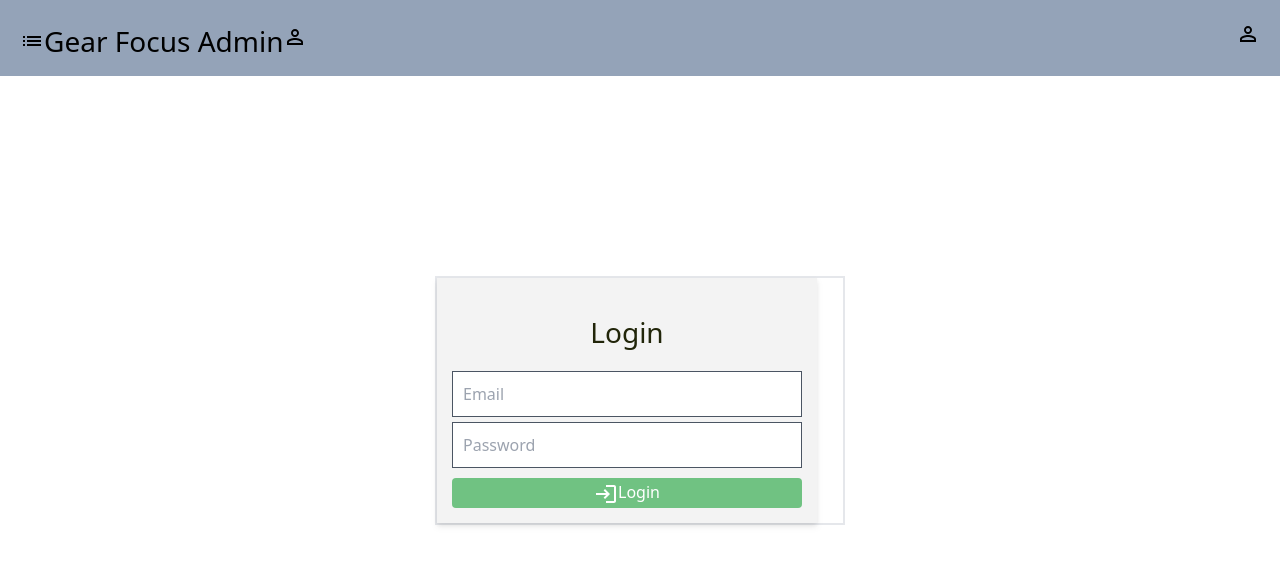
Repository: Kiendz3202/projectFinalPGS
Page: /home
The author's editor kept a copy of each file at every save. The page is drawn from the files as they stood at one save, then again after the next save.
The browser window is 1280 px wide. The pictures show the whole page.
The project was rebuilt for these pictures with package versions that can differ from the ones it lists, and the page was loaded fresh each time. Also part of the build but not shown: src/App.css, src/pages/HomePage.tsx.

Above is the page before, as saved 2022-03-07 22:31:57.

### src/index.tsx
import React from 'react';
import ReactDOM from 'react-dom';
import './index.css';
import App from './App';
import { BrowserRouter} from 'react-router-dom'

ReactDOM.render(
  <BrowserRouter>
    <App />
  </BrowserRouter>,
  document.getElementById('root')
);

### src/App.tsx
import React, { Fragment } from 'react';
import logo from './logo.svg';
import './App.css';
import LoginPage from './pages/LoginPage';
import Router from './Router';
import Header from './components/header/Header';

function App() {
  return (
    <Fragment>
    <Header />
    <Router />
    </Fragment>
  );
}

export default App;

### src/Router.tsx
import React, { lazy } from 'react';
import { Route, Routes,BrowserRouter,Navigate } from 'react-router-dom';
import {ROUTES} from './config/Routes'
import ProtectedRoute from './ProtectedRoute';
import { Suspense } from 'react';


const HomePage = lazy(() => import('./pages/HomePage'));
const LoginPage = lazy(() => import('./pages/LoginPage'));

interface Props {}

const Router = (props: Props) => {

  return (
    <Suspense fallback={<div>Loading.....</div>}>
      <Routes>
        <Route path={ROUTES.login} element={<LoginPage />} />
        <Route path={ROUTES.home} element={<ProtectedRoute />} />
        <Route path="/" element={<Navigate to={ROUTES.login} />} />
      </Routes>
    </Suspense>
  );
};

export default Router

### src/components/header/Header.tsx
import React from 'react'
import ListIcon from '@mui/icons-material/List';
import NotificationsNoneIcon from '@mui/icons-material/NotificationsNone';
import PersonOutlineIcon from '@mui/icons-material/PersonOutline';

function Header() {
  return (
    <div className='w-full p-[20px] bg-slate-400'>
        <div className='w-full flex justify-between h-[36px] '>
        <div>
            <ul className='flex'>
                <li className='text-[24px]'><ListIcon /></li>
                <li className='text-[28px]'>Gear Focus Admin</li>
                <li className='text-[20px]'><PersonOutlineIcon /></li>
            </ul>
        </div>
        <div>
            <PersonOutlineIcon />
        </div>
        </div>
    </div>
  )
}

export default Header

### src/config/Routes.tsx
export const ROUTES = {
    home:'/home',
    login:'/login'
}

### src/ProtectedRoute.tsx
import React from 'react'
import { Navigate, Route,RouteProps } from 'react-router-dom'
// import {Redirect} from 'react-router-dom'
import {ROUTES} from './config/Routes'
import HomePage from './pages/HomePage'


interface Props extends RouteProps {}

function ProtectedRoute(props: Props) {
  const {...rest} = props
  const auth = sessionStorage.getItem('statusText')
  if(auth == 'OK'){
    return <HomePage />
  }
  return (
    <Navigate to={ROUTES.login} />
  )
}

export default ProtectedRoute

// import React from 'react';
// import { Redirect, Route, RouteProps } from 'react-router-dom';
// import { ROUTES } from '../../../configs/routes';
// import Cookies from 'js-cookie';
// import { ACCESS_TOKEN_KEY } from '../../../utils/constants';
// import { RouteSharp } from '@mui/icons-material';

// interface Props extends RouteProps {}

// const ProtectedRoute = (props: Props) => {
//   const { ...rest } = props;
//   const auth = Cookies.get(ACCESS_TOKEN_KEY);

//   if (auth) {
//     return <Route {...rest} />;
//   }

//   return (
//     <Redirect
//       to={{
//         pathname: ROUTES.login,
//       }}
//     />
//   );
// };

// export default ProtectedRoute;

### src/pages/LoginPage.tsx
import React,{useState} from 'react'
import { useNavigate } from 'react-router-dom';
import { ILoginValidation } from '../components/auth/auth'
import Login from '../components/auth/Login'


function LoginPage() {
    const [loading, setLoading] = useState(false);
    const [errorMessage, setErrorMessage] = useState('');
    const navigate = useNavigate()
    const onLogin = async (value:ILoginValidation) =>{
      try{
        const response = await fetch('https://api.gearfocus.div4.pgtest.co/api/authentication/login',{
        method:'POST',
        headers:{
          'Content-Type': 'application/json'
        },
        body:JSON.stringify({
          email:value.email,
          password:value.password
        })
      })
      if(!response){
        throw new Error('something wrong')
        return;
      }
      // console.log(response)
        sessionStorage.setItem("statusText",response.statusText)
        navigate('/home')
      }catch(errorMessage){
        console.warn(errorMessage)
      }
    }

    return (
        <Login onLogin={onLogin} loading={loading} errorMessage={errorMessage} />
    )
}

export default LoginPage

### src/components/auth/Login.tsx
import React, { useState } from 'react'
import LoginIcon from '@mui/icons-material/Login';
import { ILoginValidation } from './auth';
import ValidateLoginForm from './ValidateLoginForm';

interface Props{
    onLogin(value:ILoginValidation):void;
    loading:boolean;
    errorMessage:string
}

const InvalidEmailWarn = () => {
    return <p>InValid email address</p>
}
const InvalidPasswordWarn = () => {
    return <p>Invalid password. Password must be at least 6 characters long, and capital letter at the beginning.</p>
}

function Login(props:Props) {
    const {onLogin,loading,errorMessage} = props;
    const [formValue,setFormValue] = useState({email:'',password:''})
    const [isValidated,setIsValidated] = useState({email:'',password:''})
    const [email,setEmail] = useState('');
    const [password,setPassword] = useState('');
    // const onSubmit = React.useCallback((e: React.FormEvent<HTMLElement>) =>{
        // e.preventDefault();
        // setIsValidated(ValidateLoginForm(formValue));
        // if(isValidated.email && isValidated.password){
        //     onLogin(formValue);
        // }else{
        //     return;
        // }
        // console.log(isValidated)
            // onLogin(formValue))
    // }
    const valid = (value:ILoginValidation) =>{
        if(value.email === '' && value.password === ''){
            return true
        }else{
            return false
        }
    }
    const onSubmit = React.useCallback(() => {
        setIsValidated(ValidateLoginForm(formValue));
        console.log(ValidateLoginForm(formValue))
        console.log(valid(ValidateLoginForm(formValue)))
        if (!valid(ValidateLoginForm(formValue))) {
            return;
          }

          onLogin(formValue);

      }, [formValue, onLogin]);
    return (
        <div className=' max-w-[410px] w-full m-auto border-2 mt-[200px]'>
            <form  onSubmit={(e) => {
        e.preventDefault();
        onSubmit();
      }} className='flex flex-col w-[380px] p-[15px] bg-[#f3f3f3] drop-shadow-md'>
                <p className=' text-center text-[#212509] text-[28px] my-[18px]'>Login</p>
                <div className=' justify-center mb-[5px] '>
                    <input onChange={(e) => setFormValue({...formValue,email:e.target.value})} value={formValue.email} type="text" className='w-full p-[10px] border border-gray-600 outline-blue-300' placeholder='Email' />
                    {isValidated.email ?? <p>{isValidated.email}</p>}
                </div>
                <div className=' justify-center mb-[10px] '>
                    <input onChange={(e) => setFormValue({...formValue,password:e.target.value})} value={formValue.password} type="password" className='w-full p-[10px] border border-gray-600 outline-blue-300' placeholder='Password' />
                    {isValidated.password ?? <p>{isValidated.password}</p>}
                </div>
                <button className=' bg-[#70c282] h-[30px] rounded text-white font-medium'>
                    <LoginIcon />
                    Login
                </button>
                {errorMessage ?? <p>email or password is wrong!</p>}
            </form>
        </div>
    )
}

export default Login

### src/components/auth/ValidateLoginForm.tsx
import React from 'react'
import { ILoginValidation } from './auth';

export function ValidateEmail(email:string) {
    let isValidated = String(email)
    .toLowerCase()
    .match(
      /^(([^<>()[\]\\.,;:\s@"]+(\.[^<>()[\]\\.,;:\s@"]+)*)|(".+"))@((\[[0-9]{1,3}\.[0-9]{1,3}\.[0-9]{1,3}\.[0-9]{1,3}\])|(([a-zA-Z\-0-9]+\.)+[a-zA-Z]{2,}))$/
    )
    if(isValidated){
        return '';
    }else{
        return 'emailInvalid'
    }
}
export function ValidatePassword(password:string){
    if(password.length >= 6){
        return ''
    }else{
        return 'min length is 6 characters'
    }
}
export default function ValidateLoginForm(formValue:ILoginValidation){
    return {
        email:ValidateEmail(formValue.email),
        password:ValidatePassword(formValue.password)
    }
}

Loaded but not shown: public/index.html (common file); src/index.css (common file); tailwind.config.js (common file)

After the next save:
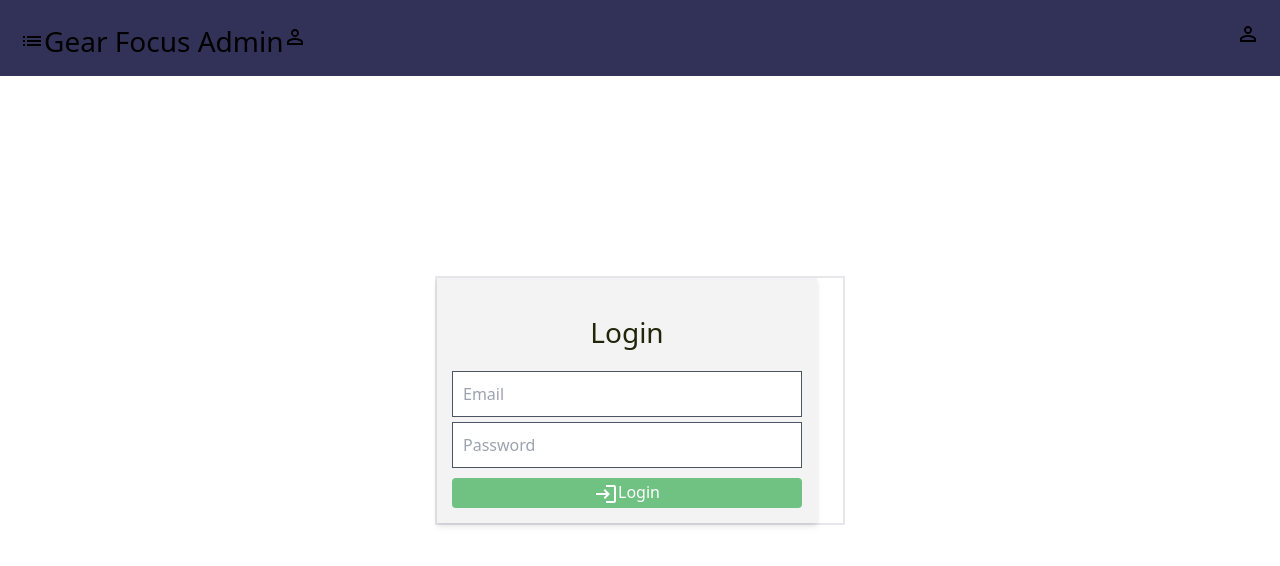
Saved 41 s later.
--- a/src/components/header/Header.tsx
+++ b/src/components/header/Header.tsx
@@ -5,7 +5,7 @@ import PersonOutlineIcon from '@mui/icons-material/PersonOutline';
 
 function Header() {
   return (
-    <div className='w-full p-[20px] bg-slate-400'>
+    <div className='w-full p-[20px] bg-[#323259]'>
         <div className='w-full flex justify-between h-[36px] '>
         <div>
             <ul className='flex'>
